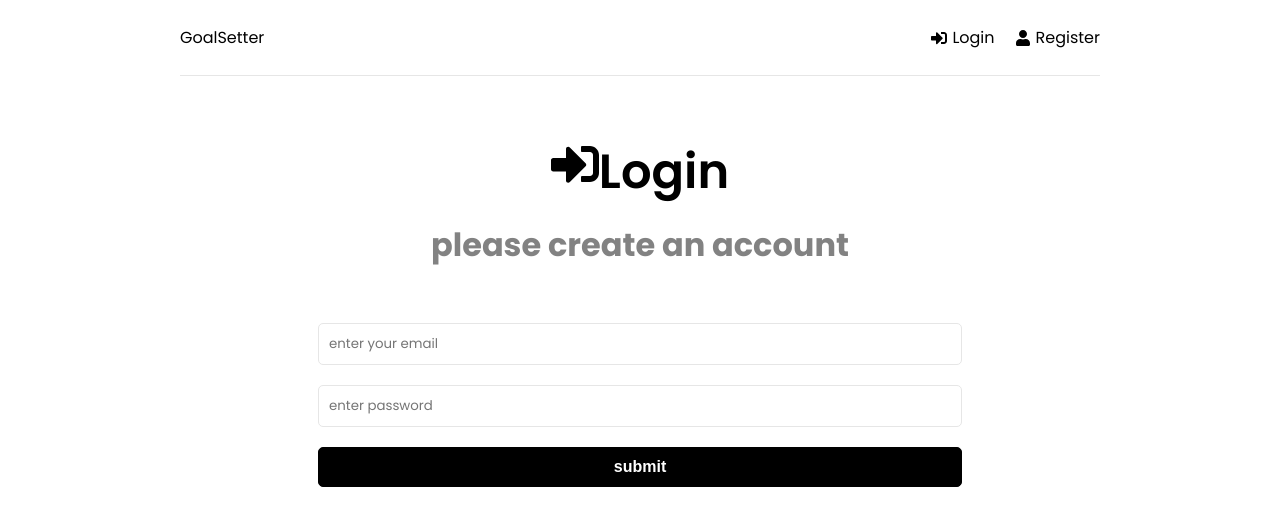
Repository: Shanshan67/React_Node_mongodb
Page: /login (app in frontend/)
An editor plug-in stored every save of this project. The page is shown before and after the next save, followed by the edit.
The browser window is 1280 px wide. The pictures show the whole page.
The project was rebuilt for these pictures with package versions that can differ from the ones it lists, and the page was loaded fresh each time. Also part of the build but not shown: frontend/src/pages/Dashboard.jsx, frontend/src/pages/Register.jsx.

Above is the page before, as saved 2023-01-25 23:29:45.

### frontend/src/App.js
import {BrowserRouter as Router, Routes, Route} from 'react-router-dom'
import Header from './components/Header';
import Dashboard from './pages/Dashboard';
import Login from './pages/Login';
import Register from './pages/Register';

function App() {
  return (
    <>
      <Router>
        <div className='container'>
          <Header/>
          <Routes>
            <Route path='/' element={<Dashboard/>}/>
            <Route path='login' element={<Login/>}/>
            <Route path='/register' element={<Register/>}/>
          </Routes>
        </div>
      </Router>
    </>
  );
}

export default App;

### frontend/src/components/Header.jsx
import {FaSignInAlt, FaSignOutAlt, FaUser} from 'react-icons/fa'
import {Link} from 'react-router-dom'

function Header() {
    return (
        <header className='header'>
            <div className="logo">
                <Link to='/'>GoalSetter</Link>
            </div>
            <ul>
                <li>
                    <Link to='/login'>
                        <FaSignInAlt />Login
                    </Link>
                </li>
                <li>
                    <Link to='/register'>
                        <FaUser />Register
                    </Link>
                </li>
            </ul>
        </header>
    )
}

export default Header

### frontend/src/pages/Login.jsx
import {useState, useEffect} from 'react'
import {FaSignInAlt} from 'react-icons/fa'

function Login() {
  const [formData, setFormData] = useState({
    email:'',
    password:'',
  })
  const {email,password} = formData

  const onChange = (e) => {
    setFormData(prevState => ({
      ...prevState,
      [e.target.name]:e.target.value,
    }))
  }

  const onSubmit = (e) => {
    e.preventDefault()
  }

  return (
    <div>
      <section className="heading">
        <h1>
          <FaSignInAlt/>Login
        </h1>
        <p>please create an account</p>
      </section>
      <section className='form'>
        <form onSubmit={onSubmit}>
          <div className="form-group">
            <input type="email"
            className='form-control'
            id='email'
            name='email'
            value={email}
            placeholder="enter your email"
            onChange={onChange} />
          </div>
          <div className="form-group">
            <input type="password"
            className='form-control'
            id='password'
            name='password'
            value={password}
            placeholder="enter password"
            onChange={onChange} />
          </div>
          <div className="form-group">
            <button type='submit' className='btn btn-block'>submit</button>
          </div>
        </form>
      </section>
    </div>
  )
}

export default Login

Loaded but not shown: frontend/public/index.html (common file); frontend/src/index.js (common file); frontend/src/app/store.js (common file); frontend/src/reportWebVitals.js (common file); frontend/src/index.css (common file)

After the next save:
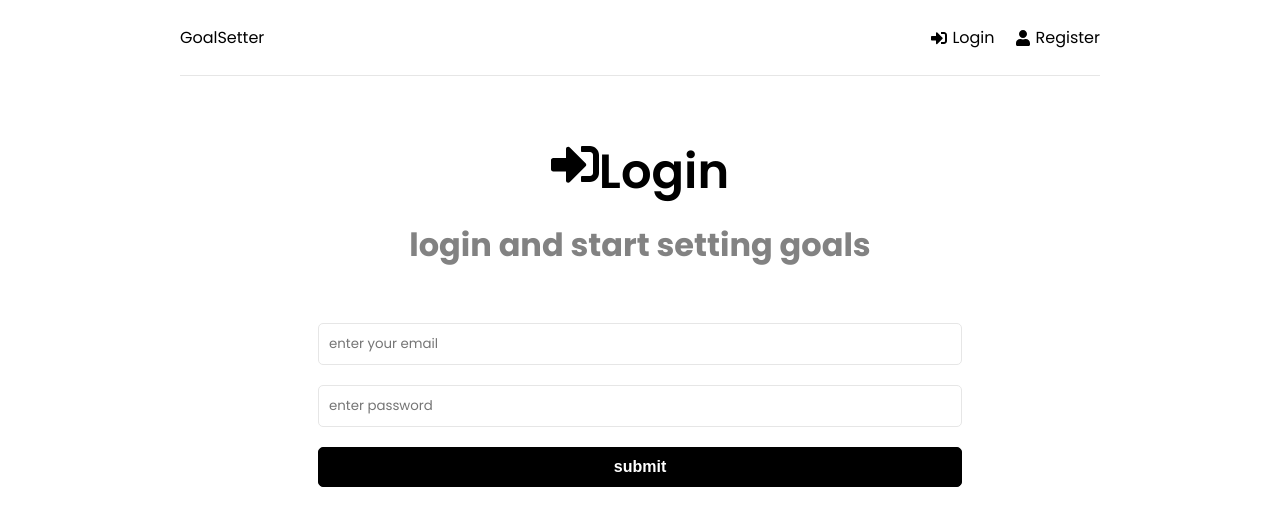
Saved 37 s later.
--- a/frontend/src/pages/Login.jsx
+++ b/frontend/src/pages/Login.jsx
@@ -25,7 +25,7 @@ function Login() {
         <h1>
           <FaSignInAlt/>Login
         </h1>
-        <p>please create an account</p>
+        <p>login and start setting goals</p>
       </section>
       <section className='form'>
         <form onSubmit={onSubmit}>
